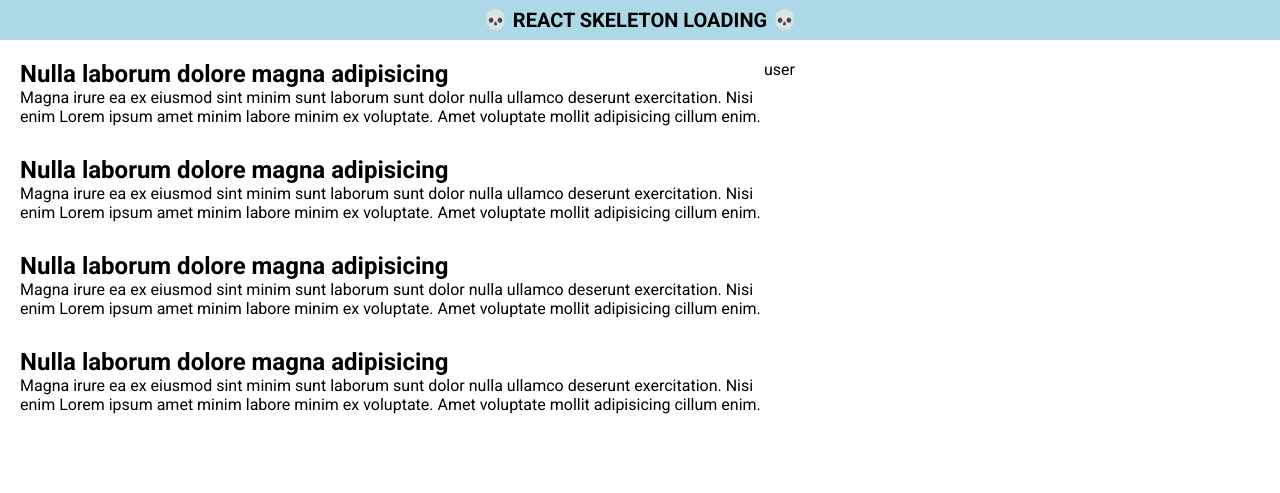
Repository: ethanJones21/React-Skeleton-Loading
Page: /
An editor plug-in stored every save of this project. The page is shown before and after the next save, followed by the edit.
The browser window is 1280 px wide. The pictures show the whole page.
The project was rebuilt for these pictures with package versions that can differ from the ones it lists, and the page was loaded fresh each time.

Above is the page before, as saved 2020-11-26 02:11:58.

### public/index.html
<!DOCTYPE html>
<html lang="en">
  <head>
    <meta charset="utf-8" />
    <link rel="icon" href="%PUBLIC_URL%/favicon.ico" />
    <meta name="viewport" content="width=device-width, initial-scale=1" />
    <meta name="theme-color" content="#000000" />
    <meta name="description" content="React skeleton loading" />
    <link rel="preconnect" href="https://fonts.gstatic.com" />
    <link
      href="https://fonts.googleapis.com/css2?family=Roboto:wght@100;300;400;500;700;900&display=swap"
      rel="stylesheet"
    />
    <title>React Skeleton</title>
  </head>
  <body>
    <noscript>You need to enable JavaScript to run this app.</noscript>
    <div id="root"></div>
  </body>
</html>

### src/App.js
import './App.css';
import Header from './components/Header';
import Posts from './components/Posts';
import User from './components/User';

function App() {
  return (
    <div className="app">
      <Header/>

      <div className="appContainer">
        <Posts/>
        <User/>
      </div>
    </div>
  );
}

export default App;

### src/App.css
*{
    margin: 0;
    font-family: 'Roboto', sans-serif;
}
.appContainer{
    display: flex;
    padding: 20px;
}

### src/components/Header.js
import React from 'react';
import "./Header.css"

const Header = () => {
    return (
        <div className="header">
            <span>💀 REACT SKELETON LOADING 💀 </span>
        </div>
    );
};

export default Header;

### src/components/Posts.js
import React from 'react';
import Post from './Post';
import "./Posts.css"

const Posts = () => {
    return (
        <div className="posts">
            <Post/>
            <Post/>
            <Post/>
            <Post/>
        </div>
    );
};

export default Posts;

### src/components/User.js
import React from 'react';
import "./User.css"

const User = () => {
    return (
        <div className="user">
            user
        </div>
    );
};

export default User;

### src/components/Header.css
.header{
    display: flex;
    align-items: center;
    justify-content: center;
    height: 40px;
    width: 100%;
    background-color: lightblue;
    font-weight: 600;
    font-size: 20px;
}

### src/components/Post.js
import React from "react";
import "./Post.css";

const Post = () => {
  return (
    <div className="post">
      <h2 className="postTitle">
        Nulla laborum dolore magna adipisicing
      </h2>
      <p className="postDesc">
        Magna irure ea ex eiusmod sint minim sunt laborum sunt dolor nulla
        ullamco deserunt exercitation. Nisi enim Lorem ipsum amet minim labore
        minim ex voluptate. Amet voluptate mollit adipisicing cillum enim.
      </p>
    </div>
  );
};

export default Post;

### src/components/Posts.css
.posts{
    flex: 0.6;
}

### src/components/User.css
.user {
  flex: 0.4;
}

### src/components/Post.css
.post{
    margin-bottom: 30px;
}

Loaded but not shown: src/index.js (common file)

After the next save:
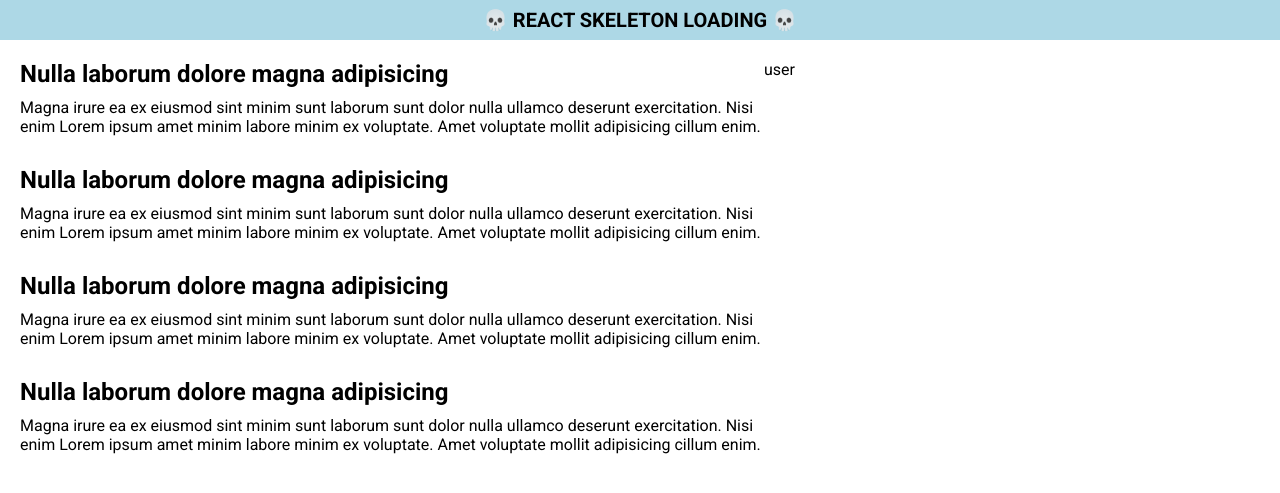
Saved 10 s later.
--- a/src/components/Post.css
+++ b/src/components/Post.css
@@ -1,3 +1,7 @@
 .post{
     margin-bottom: 30px;
 }
+
+.postTitle{
+    margin-bottom: 10px;
+}
